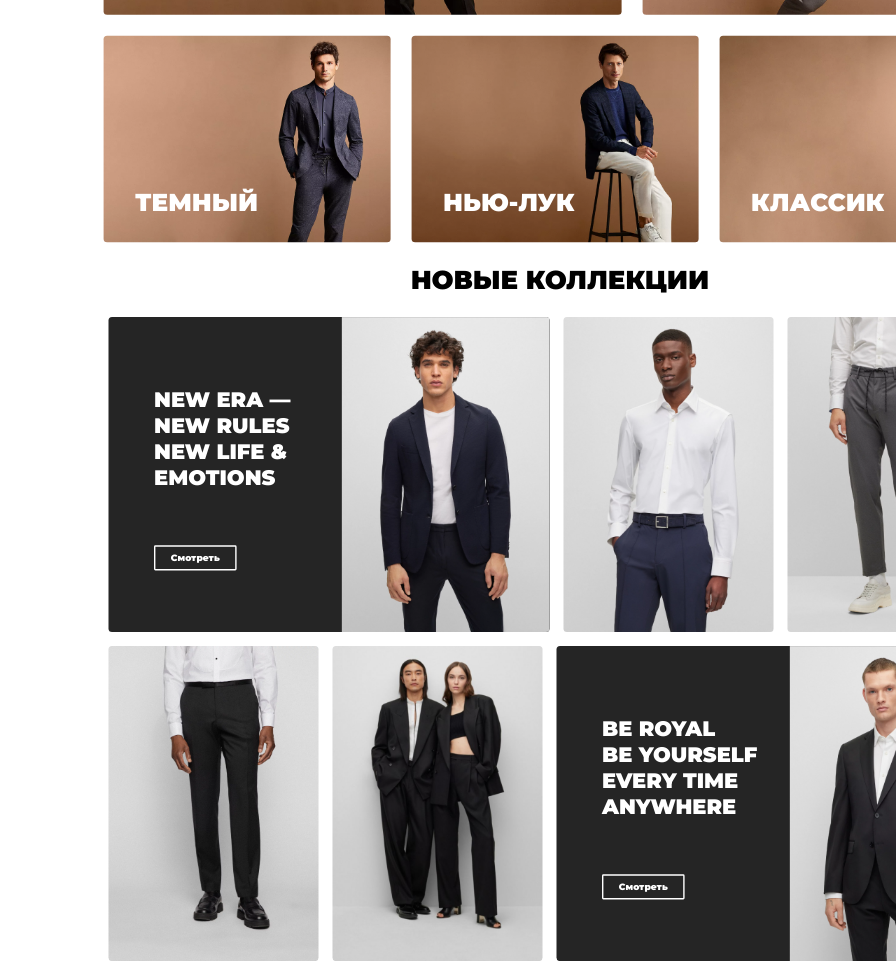
Repository: MaksimKrupkin/SigmaEllegance
Page: /
The author's editor kept a copy of each file at every save. The page is drawn from the files as they stood at one save, then again after a run of saves.
The browser window is 1280 px wide. The pictures show the part of the page from y = 1890 to 3810 px (the page is 3263 px tall before and 3810 px after), at 70% of full size.
Some web fonts or font styles are not loaded; a fallback is used. The project was rebuilt for these pictures with package versions that can differ from the ones it lists, and the page was loaded fresh each time.

Above is the page before, as saved 2023-11-23 23:51:45.

After the next 2 saves:
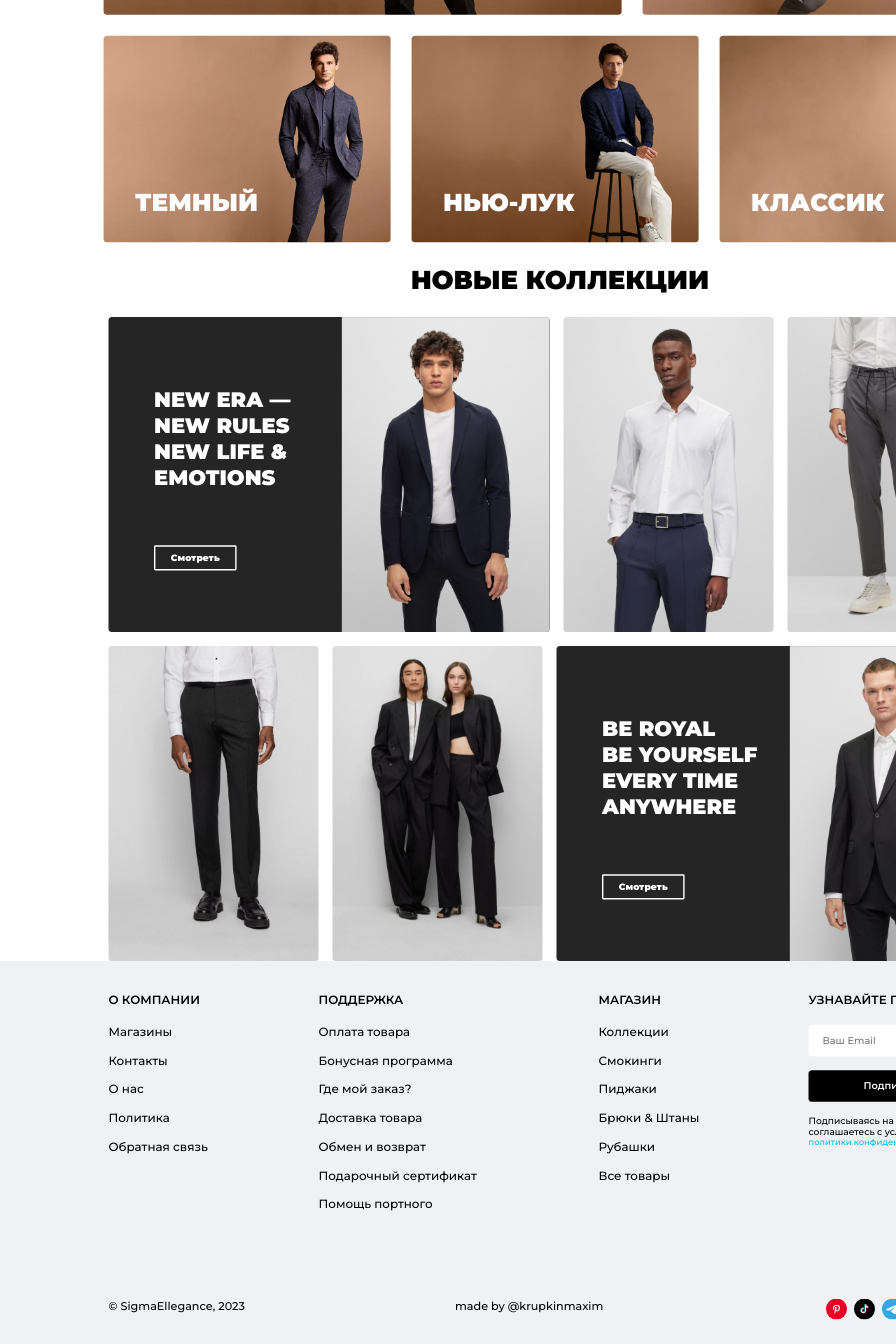
The 2 saves are shown as one change because 1 did not build or start.
The last was saved 28 s later.
--- a/src/Pages/HomePage.jsx
+++ b/src/Pages/HomePage.jsx
@@ -4,6 +4,7 @@ import mainScreenImage from '../assets/img/background.png';
 import Slider from '../Components/Slider/Slider';
 import Styles from '../Components/Styles/Styles';
 import Collections from '../Components/Collections/Collections';
+import Footer from '../Components/Footer/Footer';
 
 function HomePage() {
   return (
@@ -21,6 +22,7 @@ function HomePage() {
       <Slider />
       <Styles />
       <Collections />
+      <Footer />
     </>
   );
 }
